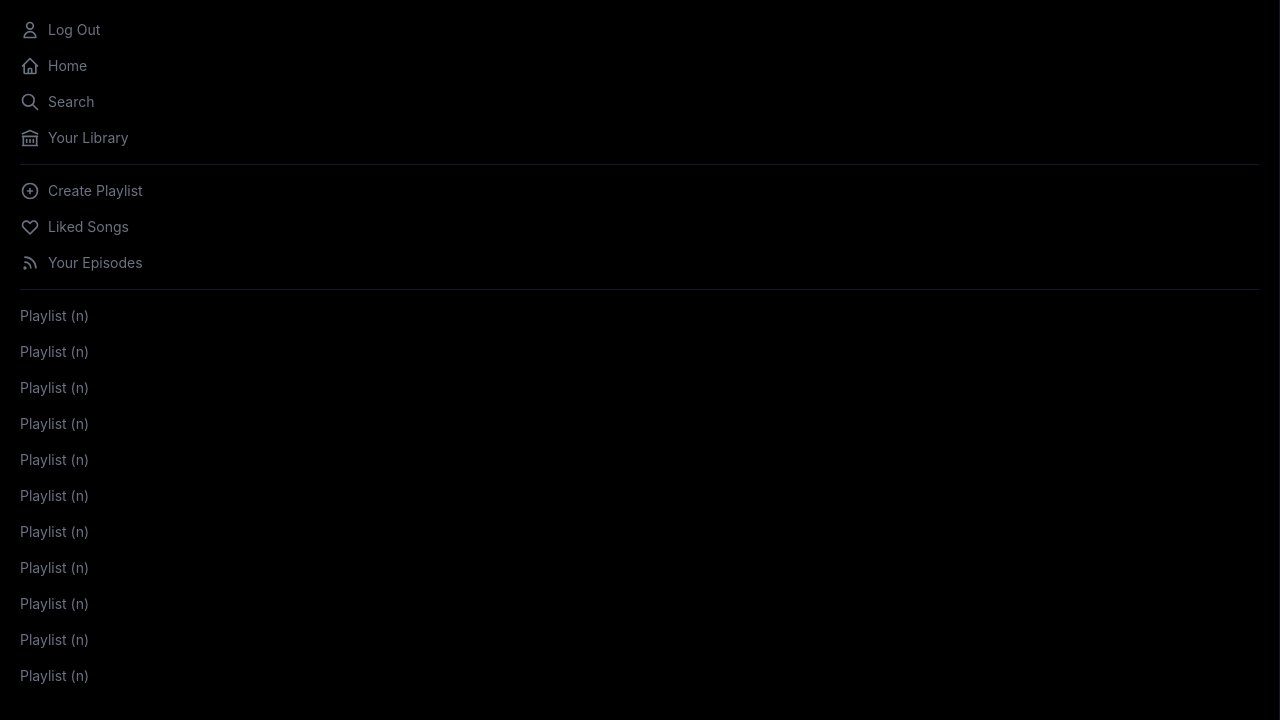
Repository: Delos-343/Spotify-2.0
Page: /
An editor plug-in stored every save of this project. The page is shown before and after the next save, followed by the edit.
The browser window is 1280 px wide. The pictures show the whole page.
The page's requests for data from a server got no answer. The project was rebuilt for these pictures with package versions that can differ from the ones it lists, and the page was loaded fresh each time. The framework's server and built-in components were replaced by stand-ins that run in the browser. No one was signed in, and anything a server would have sent is missing. Also part of the build but not shown: next.config.js.

Above is the page before, as saved 2022-04-11 20:18:22.

After the next save:
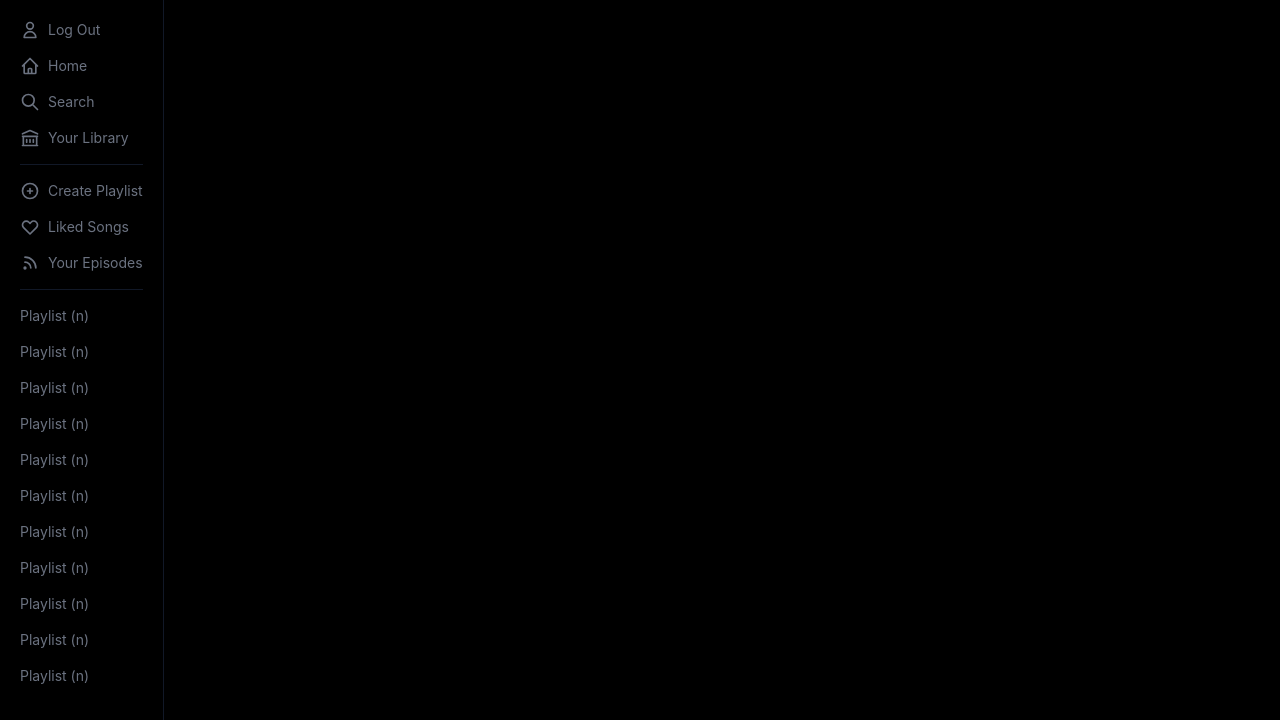
Saved 28 s later.
--- a/pages/index.js
+++ b/pages/index.js
@@ -11,7 +11,7 @@ export default function Home() {
         <link rel="icon" href="/favicon.ico" />
       </Head>
 
-      <main>
+      <main className='flex'>
         <Sidebar />
         <Center />
       </main>
